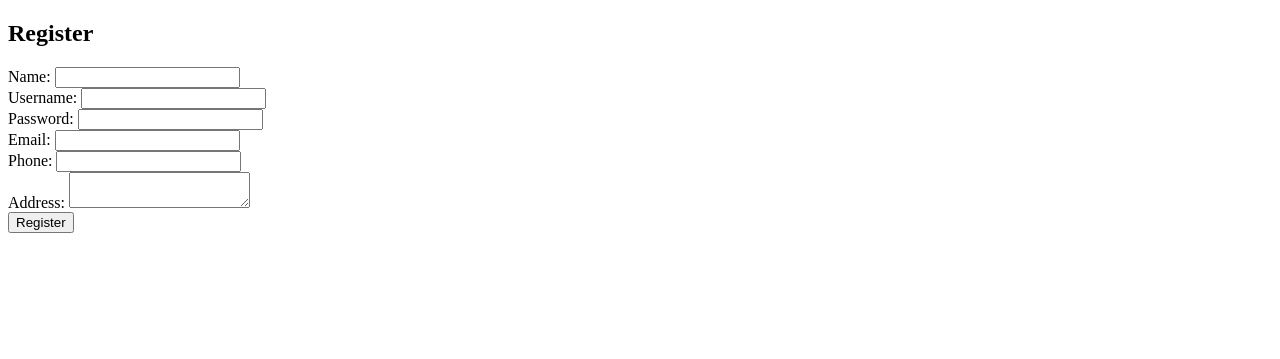
Repository: srinithiashoka/FoodDeliveryApp
Page: http://localhost/FoodDeliveryApp/register.jsp
The author's editor kept a copy of each file at every save. The page is drawn from the files as they stood at one save, then again after the next save.
The browser window is 1280 px wide. The pictures show the whole page.
The page is served by Tomcat 10. Nobody is signed in. The application's start-up code is not run.

Above is the page before, as saved 2025-12-01 12:20:00.

After the next save:
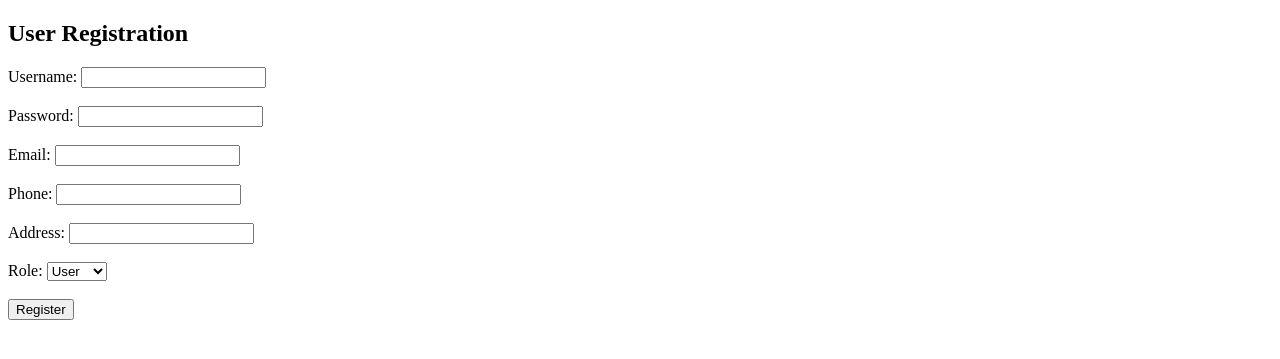
Saved 8 s later.
--- a/FoodDeliveryApp/src/main/webapp/register.jsp
+++ b/FoodDeliveryApp/src/main/webapp/register.jsp
@@ -1,17 +1,25 @@
-<%@ page contentType="text/html;charset=UTF-8" language="java" %>
+<%@ page language="java" contentType="text/html; charset=UTF-8"
+    pageEncoding="UTF-8"%>
 <!DOCTYPE html>
 <html>
-<head><meta charset="UTF-8"><title>Register</title></head>
+<head>
+    <meta charset="UTF-8">
+    <title>Register</title>
+</head>
 <body>
-  <h2>Register</h2>
-  <form action="${pageContext.request.contextPath}/register" method="post">
-    Name: <input type="text" name="name" required><br>
-    Username: <input type="text" name="username" required><br>
-    Password: <input type="password" name="password" required><br>
-    Email: <input type="email" name="email"><br>
-    Phone: <input type="text" name="phone"><br>
-    Address: <textarea name="address"></textarea><br>
-    <button type="submit">Register</button>
-  </form>
+<h2>User Registration</h2>
+<form action="user" method="post">
+    <input type="hidden" name="action" value="register">
+    Username: <input type="text" name="username"><br><br>
+    Password: <input type="password" name="password"><br><br>
+    Email: <input type="email" name="email"><br><br>
+    Phone: <input type="text" name="phone"><br><br>
+    Address: <input type="text" name="address"><br><br>
+    Role: <select name="role">
+        <option value="user">User</option>
+        <option value="admin">Admin</option>
+    </select><br><br>
+    <input type="submit" value="Register">
+</form>
 </body>
 </html>
